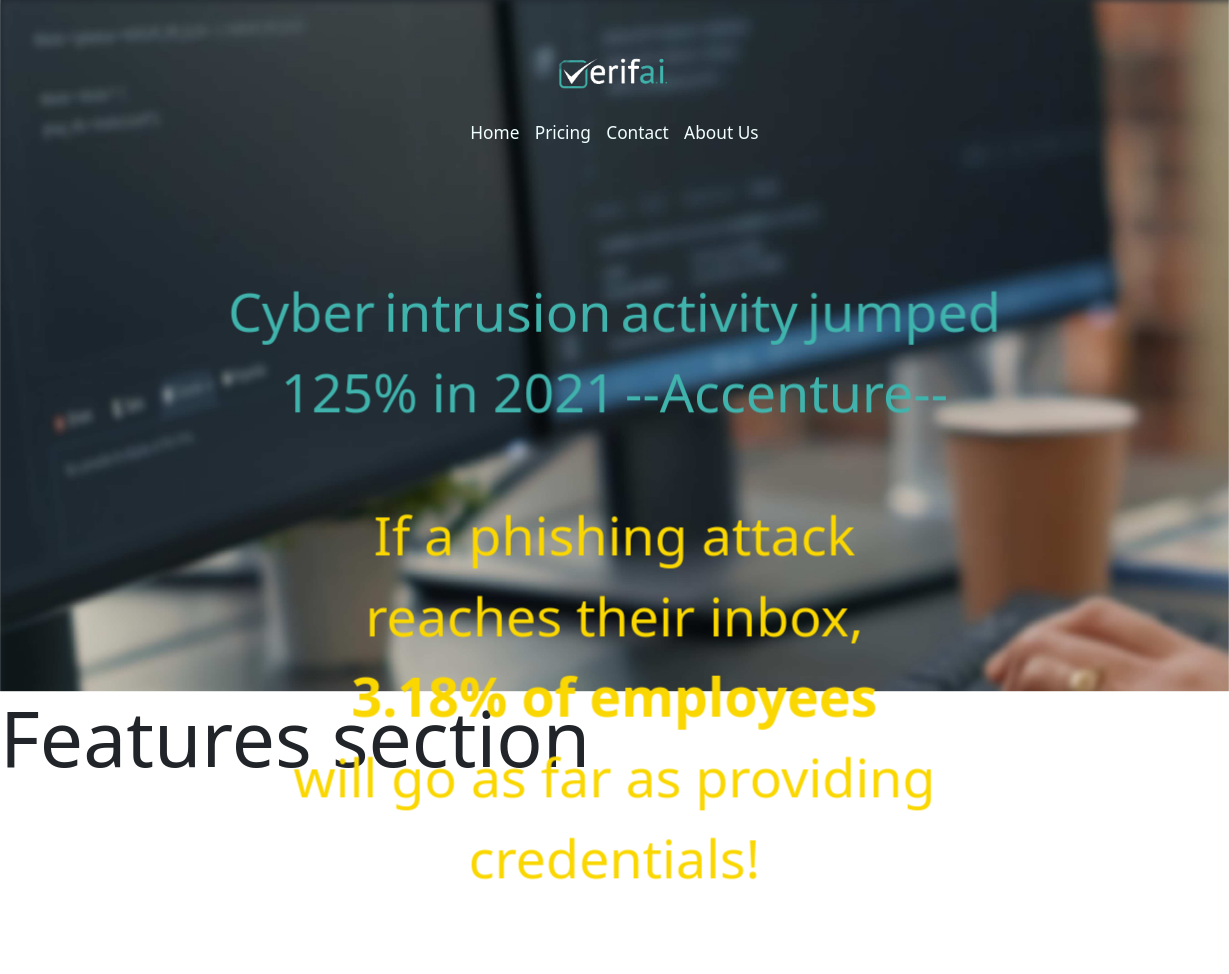
Repository: Ali-VB/verif-website
Page: /
These files come from the project's save history. The page is drawn as it stood at one moment and after the next save; the edit follows.
The browser window is 1280 px wide. The pictures show the whole page, at 96% of full size.
The project was rebuilt for these pictures with package versions that can differ from the ones it lists, and the page was loaded fresh each time.

Above is the page before, as saved 2022-04-19 09:35:14.

### src/index.css
 body {
  margin: 0;
  padding: 0;
  font-family: -apple-system, BlinkMacSystemFont, 'Segoe UI', 'Roboto', 'Oxygen',
    'Ubuntu', 'Cantarell', 'Fira Sans', 'Droid Sans', 'Helvetica Neue',
    sans-serif;
  -webkit-font-smoothing: antialiased;
  -moz-osx-font-smoothing: grayscale;
}

/* code {
  font-family: source-code-pro, Menlo, Monaco, Consolas, 'Courier New',
    monospace;
}  */

### src/App.js
import React from "react";
import './App.css'
import Navbar from './components/Navbar/Navbar';
import Features from './components/Features/Features'
import Header from './components/Header/Header'


function App() {
  return (
    <div>
      <div className="nav-bg">
        <Navbar />
        <Header />

      </div>
       <Features />
    </div>

  );
}

export default App;

### src/App.css

.nav-bg{
    background-image: url("./Assets/imgs/nav-bg.png");
    height: 100vh;
}

### src/components/Navbar/Navbar.jsx
import React from "react";
import "./Navbar.css";
import verifLogo from "../../Assets/imgs/logo_verif_white.png";
import Header from "../Header/Header";

function Navbar() {
  return (
    <div className="container">
      <div className=" navbar">
        <img className="verif-logo" src={verifLogo} alt="verif-logo" />
        <ul className="navLink">
          <li>Home</li>
          <li>Pricing</li>
          <li>Contact</li>
          <li>About Us</li>
        </ul>
      </div>
    </div>
  );
}

export default Navbar;

### src/components/Features/Features.jsx
import React from 'react'

export default function
h1() {
  return (
    <div>
        <h1 className='display-1'>Features section </h1>
    </div>
  )
}

### src/components/Header/Header.jsx
import React from "react";
import "./Header.css";

export default function Header() {
  return (
    <div className="header-animated">
      <div className="text-first">
        <span className="text-first-span">Cyber</span>
        <span className="text-first-span">intrusion</span>
        <span className="text-first-span">activity</span>
        <span className="text-first-span">jumped</span>
        <span className="text-first-span">125% in 2021</span>
        <span className="text-first-span">--Accenture--</span>
      </div>
      <div className="text-second">
        <span className="text-second-span">If a phishing attack reaches their inbox,</span>
        <span className="text-second-span">3.18% of employees</span>
        <span className="text-second-span">
          will go as far as providing credentials!
        </span>
      </div>
    </div>
  );
}

### src/components/Navbar/Navbar.css

.navbar{
    display: flex;
    flex-direction: column;
    justify-content: center;
    height:10rem;
}
.verif-logo{
    width: 8rem;
    margin-top: 3rem;
}
.verif-logo:hover{
    cursor: pointer;
}
.navLink{
    margin: 0;
    padding:0;
    list-style-type: none;
    display: flex;
    color: azure;
    font-size: 18px;
    gap: 1rem;

}
.navLink:hover{
    cursor: pointer;
}

### src/components/Header/Header.css
.header-animated{
    overflow-wrap:break-word;
    margin:0 auto;
    padding: 3rem 5rem;
}

.text-first {
    padding: 2rem 2rem;
    color: #40B3AC;
    font-size:3rem;
    width: 40%;
    margin: 0 auto;
    text-align: center;
    transform: scale(0.94);
    animation: scale 2s forwards cubic-bezier(0.5, 1, 0.89, 1);
  }
.text-second {
    padding: 2rem 2rem;
    color: #FAD700;
    font-size:3.5rem;
    width: 70%;
    margin: 0 auto;
    text-align: center;
    transform: scale(0.94);
    animation: scale 3s forwards cubic-bezier(0.5, 1, 0.89, 1);
  }
  @keyframes scale {
    100% {
      transform: scale(1);
    }
  }

  .text-first-span {
    display: inline-block;
    opacity: 0;
    filter: blur(4px);
  }

  .text-first-span:nth-child(1) {
    animation: fade-in 1s 0.1s forwards cubic-bezier(0.11, 0, 0.5, 0);
    margin: 0 0.3rem;
  }

  .text-first-span:nth-child(2) {
    animation: fade-in 1s 0.3s forwards cubic-bezier(0.11, 0, 0.5, 0);
    margin: 0 0.3rem;
  }

  .text-first-span:nth-child(3) {
    animation: fade-in 1s 0.5s forwards cubic-bezier(0.11, 0, 0.5, 0);
    margin: 0 0.3rem;
  }

  .text-first-span:nth-child(4) {
    animation: fade-in 1s 0.7s forwards cubic-bezier(0.11, 0, 0.5, 0);
    margin: 0 0.3rem;
  }

  .text-first-span:nth-child(5) {
    animation: fade-in 1s 0.9s forwards cubic-bezier(0.11, 0, 0.5, 0);
    margin: 0 0.3rem;
  }
  .text-first-span:nth-child(6) {
    animation: fade-in 1s 0.9s forwards cubic-bezier(0.11, 0, 0.5, 0);
    margin: 0 0.3rem;
  }

  .text-second-span {
    display: inline-block;
    opacity: 0;
    filter: blur(4px);
  }

  .text-second-span:nth-child(1) {
    animation: fade-in 1.2s 2.2s forwards cubic-bezier(0.11, 0, 0.5, 0);
    margin: 0 0.3rem;
  }

  .text-second-span:nth-child(2) {
    animation: fade-in 1.8s 2.6s forwards cubic-bezier(0.11, 0, 0.5, 0);
    margin: 0 0.3rem;
    font-weight: bolder;
  }

  .text-second-span:nth-child(3) {
    animation: fade-in 1.2s 3.6s forwards cubic-bezier(0.11, 0, 0.5, 0);
    margin: 0 0.3rem;
  }


  @keyframes fade-in {
    100% {
      opacity: 1;
      filter: blur(0);
    }
  }

  @media only screen and (min-width: 1200px) {
    .text-first {
        margin-top: 4.5rem;
        margin-bottom: 2rem;
        padding: 0.1rem 0.1rem;
        width: 90%;
        font-size:3.5rem;


      }
  }

  @media only screen and (max-width: 768px) {
    .text-first {
        margin-top: 4.5rem;
        margin-bottom: 3rem;
        padding: 0.1rem 0.1rem;
        width: 90%;
        font-size:1.5rem;


      }
    .text-second {
        padding: 0.1rem 0.1rem;
        width: 90%;
        font-size:2.1rem;

      }
  }

Loaded but not shown: public/index.html (common file); src/index.js (common file); src/reportWebVitals.js (common file)

After the next save:
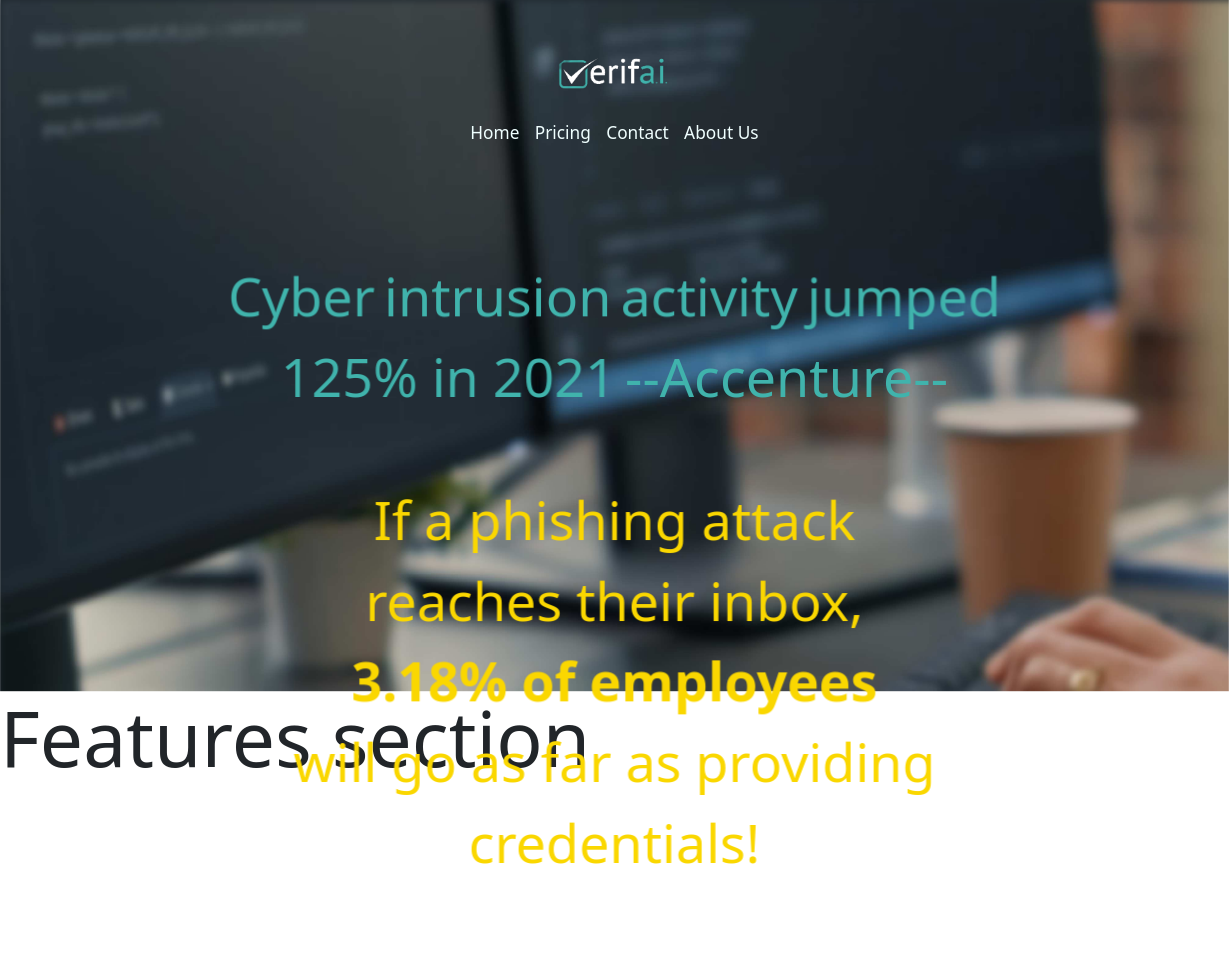
Saved 8 s later.
--- a/src/components/Header/Header.css
+++ b/src/components/Header/Header.css
@@ -97,7 +97,7 @@
 
   @media only screen and (min-width: 1200px) {
     .text-first {
-        margin-top: 4.5rem;
+        margin-top: 3.5rem;
         margin-bottom: 2rem;
         padding: 0.1rem 0.1rem;
         width: 90%;
